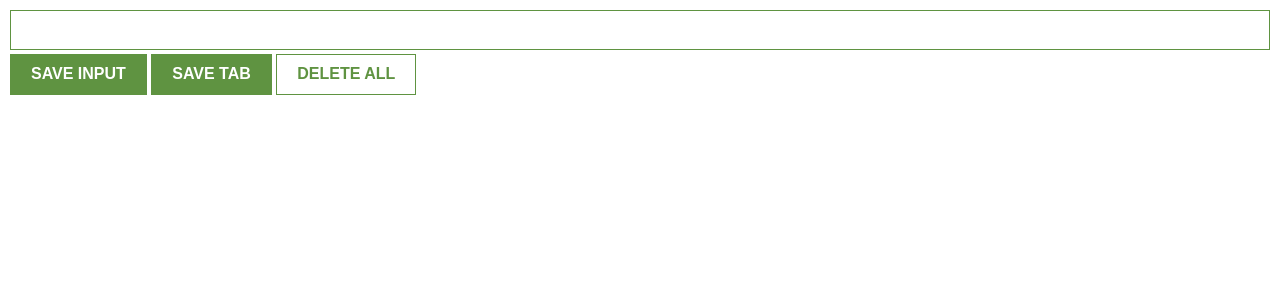
Repository: ananthantharma/Chrome-Extension
Page: index.html
An editor plug-in stored every save of this project. The page is shown before and after the next save, followed by the edit.
The browser window is 1280 px wide. The pictures show the whole page.

Above is the page before, as saved 2022-07-20 22:35:43.

After the next save:
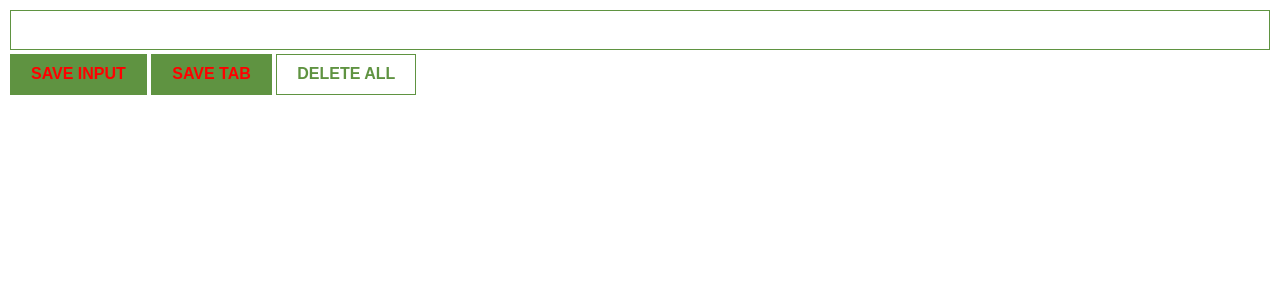
Saved 5 min 31 s later.
--- a/index.css
+++ b/index.css
@@ -15,7 +15,7 @@
 
 button {
     background: #5f9341;
-    color: white;
+    color: red;
     padding: 10px 20px;
     border: 1px solid #5f9341;
     font-weight: bold;

After the save that followed:
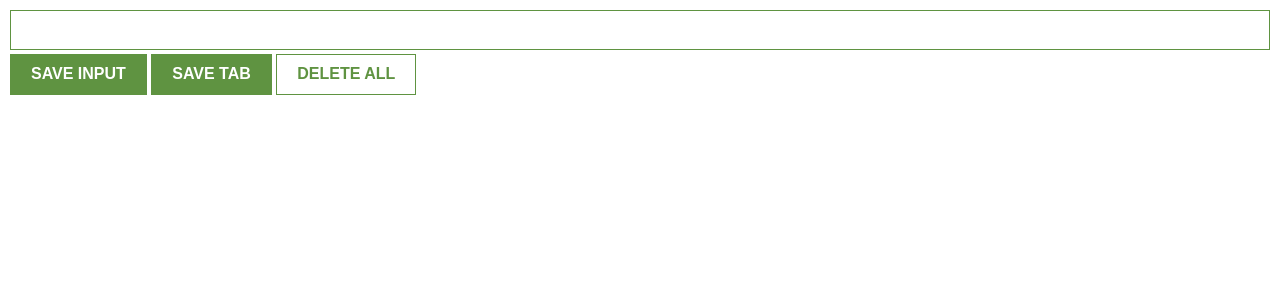
Saved 5 s later.
--- a/index.css
+++ b/index.css
@@ -15,7 +15,7 @@
 
 button {
     background: #5f9341;
-    color: red;
+    color: white;
     padding: 10px 20px;
     border: 1px solid #5f9341;
     font-weight: bold;
